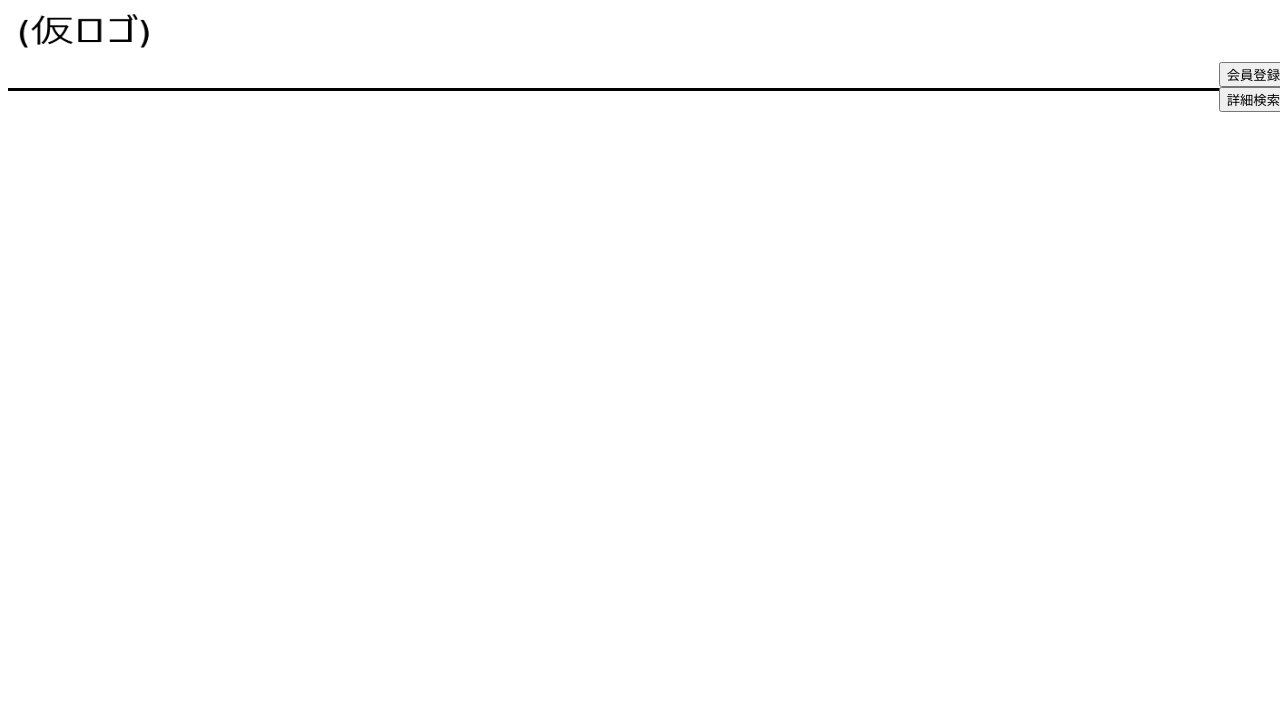
Repository: k0816/backup-master
Page: http://localhost/cycle/
The author's editor kept a copy of each file at every save. The page is drawn from the files as they stood at one save, then again after the next save.
The browser window is 1280 px wide. The pictures show the whole page.
The page is served by Tomcat 9.

Above is the page before, as saved 2018-01-09 01:28:25.

After the next save:
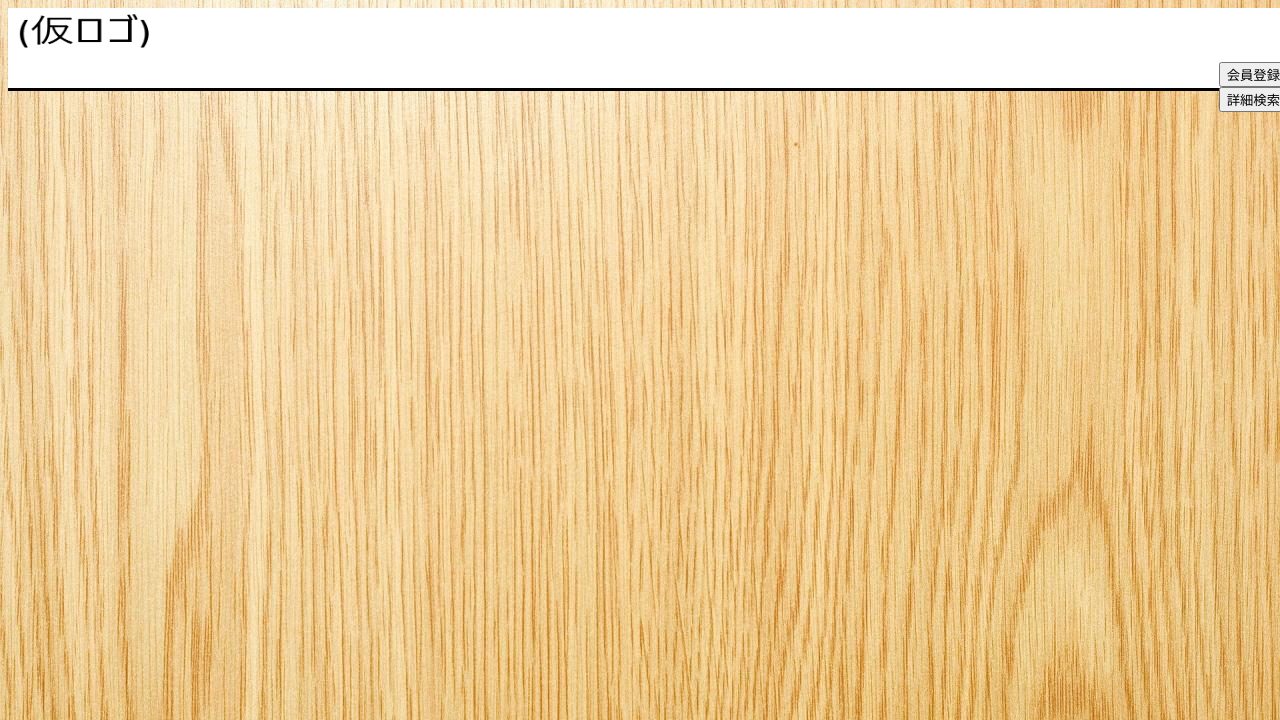
Saved 56 s later.
--- a/cycle/WebContent/home.jsp
+++ b/cycle/WebContent/home.jsp
@@ -27,7 +27,7 @@
 }
 
 body {
-	background: url("image/wood.jpg"");
+	background: url("./image/wood.jpg");
 }
 </style>
 
